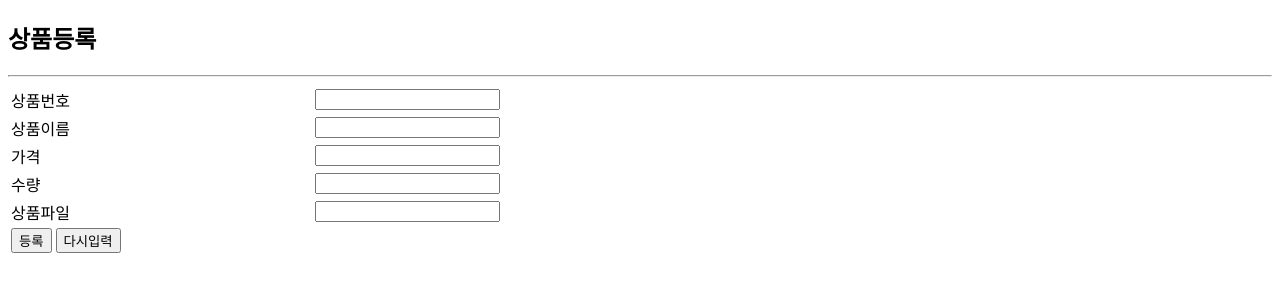
Repository: kimwoongasd/JSPAndServlet
Page: http://localhost/day1226_a/insertGoods.jsp
These files come from the project's save history. The page is drawn as it stood at one moment and after the next save; the edit follows.
The browser window is 1280 px wide. The pictures show the whole page.
The page is served by Tomcat 9. Other server files are loaded and not shown.

Above is the page before, as saved 2023-12-26 05:15:42.

### day1226_a/src/main/webapp/insertGoods.jsp
<%@ page language="java" contentType="text/html; charset=UTF-8"
    pageEncoding="UTF-8"%>
<!DOCTYPE html>
<html>
<head>
<meta charset="UTF-8">
<title>Insert title here</title>
</head>
<body>
	<h2>상품등록</h2>
	<hr>
	<form action="insetGoodsOK.jsp" method="post">
		<table width="80%">
			<tr>
				<td width="30%">상품번호</td>
				<td width="70%">
					<input type="text" name="no" required="required">
				</td>
			</tr>
			<tr>
				<td>상품이름</td>
				<td>
					<input type="text" name="name" required="required">
				</td>
			</tr>

			<tr>
				<td>가격</td>
				<td>
					<input type="text" name="price" required="required">
				</td>
			</tr>

			<tr>
				<td>수량</td>
				<td>
					<input type="text" name="qty" required="required">
				</td>
			</tr>

			<tr>
				<td>상품파일</td>
				<td>
					<input type="text" name="fname" required="required">
				</td>
			</tr>

			<tr>
				<td colspan="2">
					<input type="submit" value="등록">
					<input type="reset" value="다시입력">
				</td>
			</tr>
		</table>
	</form>
</body>
</html>

After the next save:
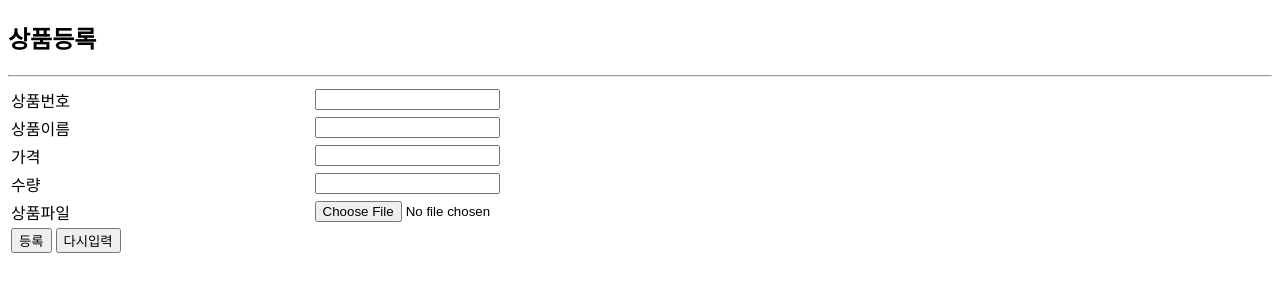
Saved 16 min 14 s later.
--- a/day1226_a/src/main/webapp/insertGoods.jsp
+++ b/day1226_a/src/main/webapp/insertGoods.jsp
@@ -41,7 +41,7 @@
 			<tr>
 				<td>상품파일</td>
 				<td>
-					<input type="text" name="fname" required="required">
+					<input type="file" name="fname" required="required">
 				</td>
 			</tr>
 
